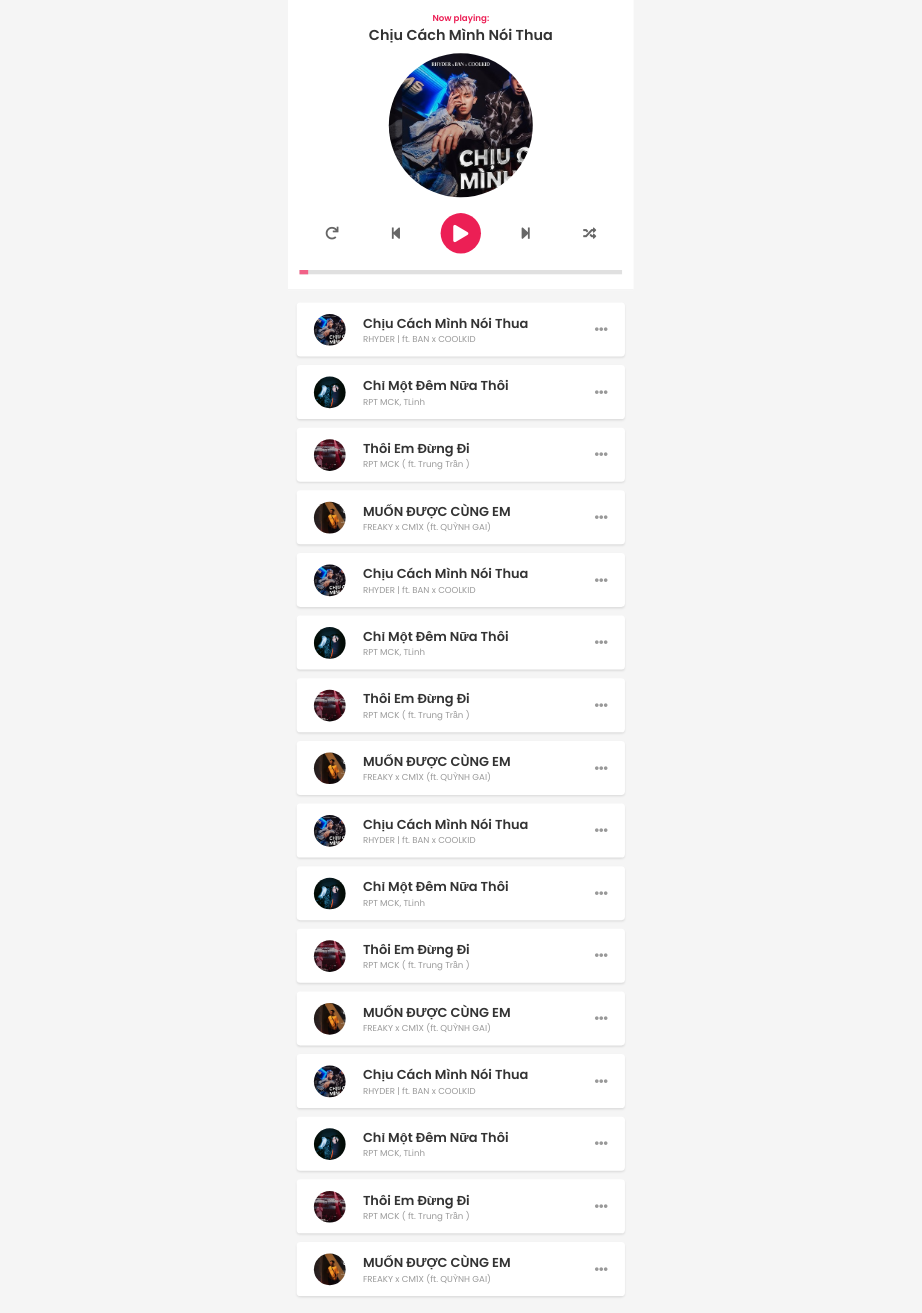
Repository: ChiNg22nd04/MusicPlayer
Page: index.html
The author's editor kept a copy of each file at every save. The page is drawn from the files as they stood at one save, then again after the next save.
The browser window is 1280 px wide. The pictures show the whole page, at 72% of full size.

Above is the page before, as saved 2023-12-31 13:58:07.

### index.html
<!DOCTYPE html>
<html lang="en">
<head>
    <meta charset="UTF-8">
    <meta name="viewport" content="width=device-width, initial-scale=1.0">
    <title>Music player</title>
    <link rel="stylesheet" href="https://cdnjs.cloudflare.com/ajax/libs/font-awesome/5.15.2/css/all.min.css" integrity="sha512-HK5fgLBL+xu6dm/Ii3z4xhlSUyZgTT9tuc/hSrtw6uzJOvgRr2a9jyxxT1ely+B+xFAmJKVSTbpM/CuL7qxO8w==" crossorigin="anonymous" />
    <link rel="preconnect" href="https://fonts.gstatic.com">
    <link href="https://fonts.googleapis.com/css2?family=Poppins:wght@300;400;600&display=swap" rel="stylesheet">
    <link rel="stylesheet" href="./assets/css/style.css">
</head>
<body>


<div class="player">
  <!-- Dashboard -->
  <div class="dashboard">
    <!-- Header -->
    <header>
      <h4>Now playing:</h4>
      <h2>String 57th & 9th</h2>
    </header>

    <!-- CD -->
    <div class="cd">
      <div class="cd-thumb"
        style="background-image: url(./assets/img/cmdnt.jpeg);">

      </div>
    </div>

    <!-- Control -->
    <div class="control">
      <div class="btn btn-repeat">
        <i class="fas fa-redo"></i>
      </div>
      <div class="btn btn-prev">
        <i class="fas fa-step-backward"></i>
      </div>
      <div class="btn btn-toggle-play">
        <i classa="fas fa-pause icon-pause"></i>
        <i class="fas fa-play icon-play"></i>
      </div>
      <div class="btn btn-next">
        <i class="fas fa-step-forward"></i>
      </div>
      <div class="btn btn-random">
        <i class="fas fa-random"></i>
      </div>
    </div>

    <input id="progress" class="progress" type="range" value="0" step="1" min="0" max="100">

    <audio id="audio" src=""></audio>
  </div>

  <!-- Playlist -->
  <div class="playlist">

  </div>
</div>
<script src="./main.js"></script>
<!-- Design from: https://static.collectui.com/shots/3671744/musicloud-revolutionary-app-for-music-streaming-large -->
</body>
</html>

### assets/css/style.css
:root {
    --primary-color: #ec1f55;
    --text-color: #333;
  }

  * {
    padding: 0;
    margin: 0;
    box-sizing: inherit;
  }

  body {
    background-color: #f5f5f5;
  }

  html {
    box-sizing: border-box;
    font-family: "Poppins", sans-serif;
  }

  .player {
    position: relative;
    max-width: 480px;
    margin: 0 auto;
  }

  .player .icon-pause {
    display: none;
  }

  .player.playing .icon-pause {
    display: inline-block;
  }

  .player.playing .icon-play {
    display: none;
  }

  .dashboard {
    padding: 16px 16px 14px;
    background-color: #fff;
    position: fixed;
    top: 0;
    width: 100%;
    max-width: 480px;
    border-bottom: 1px solid #ebebeb;
  }

  /* HEADER */
  header {
    text-align: center;
    margin-bottom: 10px;
  }

  header h4 {
    color: var(--primary-color);
    font-size: 12px;
  }

  header h2 {
    color: var(--text-color);
    font-size: 20px;
  }

  /* CD */
  .cd {
    display: flex;
    margin: auto;
    width: 200px;
  }

  .cd-thumb {
    width: 100%;
    padding-top: 100%;
    border-radius: 50%;
    background-color: #333;
    background-size: cover;
    margin: auto;
  }

  /* CONTROL */
  .control {
    display: flex;
    align-items: center;
    justify-content: space-around;
    padding: 18px 0 8px 0;
  }

  .control .btn {
    color: #666;
    padding: 18px;
    font-size: 18px;
  }

  .control .btn.active {
    color: var(--primary-color);
  }

  .control .btn-toggle-play {
    width: 56px;
    height: 56px;
    border-radius: 50%;
    font-size: 24px;
    color: #fff;
    display: flex;
    align-items: center;
    justify-content: center;
    background-color: var(--primary-color);
  }

  .progress {
    width: 100%;
    -webkit-appearance: none;
    height: 6px;
    background: #d3d3d3;
    outline: none;
    opacity: 0.7;
    -webkit-transition: 0.2s;
    transition: opacity 0.2s;
  }

  .progress::-webkit-slider-thumb {
    -webkit-appearance: none;
    appearance: none;
    width: 12px;
    height: 6px;
    background-color: var(--primary-color);
    cursor: pointer;
  }

  /* PLAYLIST */
  .playlist {
    margin-top: 408px;
    padding: 12px;
  }

  .song {
    display: flex;
    align-items: center;
    margin-bottom: 12px;
    background-color: #fff;
    padding: 8px 16px;
    border-radius: 5px;
    box-shadow: 0 2px 3px rgba(0, 0, 0, 0.1);
  }

  .song.active {
    background-color: var(--primary-color);
  }

  .song:active {
    opacity: 0.8;
  }

  .song.active .option,
  .song.active .author,
  .song.active .title {
    color: #fff;
  }

  .song .thumb {
    width: 44px;
    height: 44px;
    border-radius: 50%;
    background-size: cover;
    margin: 0 8px;
  }

  .song .body {
    flex: 1;
    padding: 0 16px;
  }

  .song .title {
    font-size: 18px;
    color: var(--text-color);
  }

  .song .author {
    font-size: 12px;
    color: #999;
  }

  .song .option {
    padding: 16px 8px;
    color: #999;
    font-size: 18px;
  }

### main.js
const $ = document.querySelector.bind(document);
const $$ = document.querySelectorAll.bind(document);

const player = $('.player');
const playlist = $('.playlist');
const click =  $$('.song');

//! List bài hát
const app = {
    currentIndex: 0,
    listSong: [
        {
            name: 'Chịu Cách Mình Nói Thua',
            singer: 'RHYDER | ft. BAN x COOLKID ',
            path: './assets/music/ChiuCachMinhNoiThua-RHYDERCoolkidBAN-12449134.mp3',
            img:'./assets/img/ccmnt.jpeg',
        },
        {
            name: 'Chỉ Một Đêm Nữa Thôi',
            singer: 'RPT MCK, TLinh',
            path: './assets/music/ChiMotDemNuaThoi-MCK-8804087.mp3',
            img: './assets/img/cmdnt.jpeg',
        },
        {
            name: 'Thôi Em Đừng Đi',
            singer: 'RPT MCK ( ft. Trung Trần )',
            path: './assets/music/ThoiEmDungDi-MCK-8804088.mp3',
            img: './assets/img/tedd.jpeg',
        },
        {
            name: 'MUỐN ĐƯỢC CÙNG EM',
            singer: 'FREAKY x CM1X (ft. QUỲNH GAI)',
            path: './assets/music/MuonDuocCungEm-Freaky-6792500.mp3',
            img: './assets/img/mdce.jpeg',
        },
        {
            name: 'Chịu Cách Mình Nói Thua',
            singer: 'RHYDER | ft. BAN x COOLKID ',
            path: './assets/music/ChiuCachMinhNoiThua-RHYDERCoolkidBAN-12449134.mp3',
            img:'./assets/img/ccmnt.jpeg',
        },
        {
            name: 'Chỉ Một Đêm Nữa Thôi',
            singer: 'RPT MCK, TLinh',
            path: './assets/music/ChiMotDemNuaThoi-MCK-8804087.mp3',
            img: './assets/img/cmdnt.jpeg',
        },
        {
            name: 'Thôi Em Đừng Đi',
            singer: 'RPT MCK ( ft. Trung Trần )',
            path: './assets/music/ThoiEmDungDi-MCK-8804088.mp3',
            img: './assets/img/tedd.jpeg',
        },
        {
            name: 'MUỐN ĐƯỢC CÙNG EM',
            singer: 'FREAKY x CM1X (ft. QUỲNH GAI)',
            path: './assets/music/MuonDuocCungEm-Freaky-6792500.mp3',
            img: './assets/img/mdce.jpeg',
        },
        {
            name: 'Chịu Cách Mình Nói Thua',
            singer: 'RHYDER | ft. BAN x COOLKID ',
            path: './assets/music/ChiuCachMinhNoiThua-RHYDERCoolkidBAN-12449134.mp3',
            img:'./assets/img/ccmnt.jpeg',
        },
        {
            name: 'Chỉ Một Đêm Nữa Thôi',
            singer: 'RPT MCK, TLinh',
            path: './assets/music/ChiMotDemNuaThoi-MCK-8804087.mp3',
            img: './assets/img/cmdnt.jpeg',
        },
        {
            name: 'Thôi Em Đừng Đi',
            singer: 'RPT MCK ( ft. Trung Trần )',
            path: './assets/music/ThoiEmDungDi-MCK-8804088.mp3',
            img: './assets/img/tedd.jpeg',
        },
        {
            name: 'MUỐN ĐƯỢC CÙNG EM',
            singer: 'FREAKY x CM1X (ft. QUỲNH GAI)',
            path: './assets/music/MuonDuocCungEm-Freaky-6792500.mp3',
            img: './assets/img/mdce.jpeg',
        },
        {
            name: 'Chịu Cách Mình Nói Thua',
            singer: 'RHYDER | ft. BAN x COOLKID ',
            path: './assets/music/ChiuCachMinhNoiThua-RHYDERCoolkidBAN-12449134.mp3',
            img:'./assets/img/ccmnt.jpeg',
        },
        {
            name: 'Chỉ Một Đêm Nữa Thôi',
            singer: 'RPT MCK, TLinh',
            path: './assets/music/ChiMotDemNuaThoi-MCK-8804087.mp3',
            img: './assets/img/cmdnt.jpeg',
        },
        {
            name: 'Thôi Em Đừng Đi',
            singer: 'RPT MCK ( ft. Trung Trần )',
            path: './assets/music/ThoiEmDungDi-MCK-8804088.mp3',
            img: './assets/img/tedd.jpeg',
        },
        {
            name: 'MUỐN ĐƯỢC CÙNG EM',
            singer: 'FREAKY x CM1X (ft. QUỲNH GAI)',
            path: './assets/music/MuonDuocCungEm-Freaky-6792500.mp3',
            img: './assets/img/mdce.jpeg',
        },

    ],

    //hàm để render ra view
    render: function() {
        const htmls = this.listSong.map((song) => {
            return `
            <div class="song">
                <div class="thumb"
                    style="background-image: url('${song.img}');">
                </div>
                <div class="body">
                    <h3 class="title">${song.name}</h3>
                    <p class="author">${song.singer}</p>
                </div>
                <div class="option">
                    <i class="fas fa-ellipsis-h"></i>
                </div>
            </div>
       `

        })
        $('.playlist').innerHTML = htmls.join('\n');
    },
    //handleEven
    handleEnvens: function() {
        const cdWidth =  $('.cd').offsetWidth
        // this.listSong.map((song) => {
        //     $('.cd-thumb').innerHTML = `<img class="thumb"
        //     style="background-image: url('${song.img}');">`
        // })
        document.onscroll = function() {
            // const scroll = window.scrollY
            const scroll = document.documentElement.scrollTop || window.scrollY
            const cdNew = cdWidth - scroll
            // nếu cdNew > 0 thì
            $('.cd').style.width = cdNew  > 0 ? cdNew + 'px' : 0;
            $('.cd').style.opacity = cdNew / cdWidth;
        }
        //lắng nghe sự kiện onclick song

        for(let i = 0; i < click.length; i++) {
            click[i].onclick = function(e) {

            }
        }
    },
    getCurrentSong: function() {
        return this.listSong[this.currentIndex].name;
    },
    loadCurrentSong: function() {
        const audio = $('#audio');
        const heading = $('header h2');
        const cdThumb = $('.cd-thumb');

        heading.textContent = this.listSong[this.currentIndex].name;
        cdThumb.style.backgroundImage = `url(${this.listSong[this.currentIndex].img})`;
        audio.src = `url((${this.listSong[this.currentIndex].path}))`
    },

    //pthức start() để bắt đầu
    start: function() {
        //lắng nghe và xử lý các sự kiện
        this.handleEnvens()
        //render playlist
        this.render()
        this.getCurrentSong()
        this.loadCurrentSong()
    }
}

app.start();

After the next save:
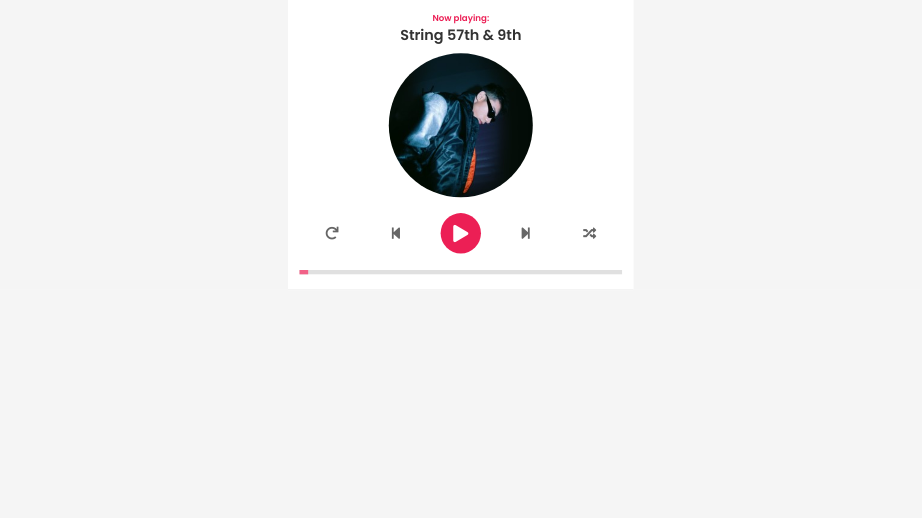
Console error: SyntaxError: Unexpected token '{'
Saved 40 s later.
--- a/main.js
+++ b/main.js
@@ -162,7 +162,7 @@
 
         heading.textContent = this.listSong[this.currentIndex].name;
         cdThumb.style.backgroundImage = `url(${this.listSong[this.currentIndex].img})`;
-        audio.src = `url((${this.listSong[this.currentIndex].path}))`
+        audio.src = (${this.listSong[this.currentIndex].img})
     },
 
     //pthức start() để bắt đầu

After the 2 saves that followed:
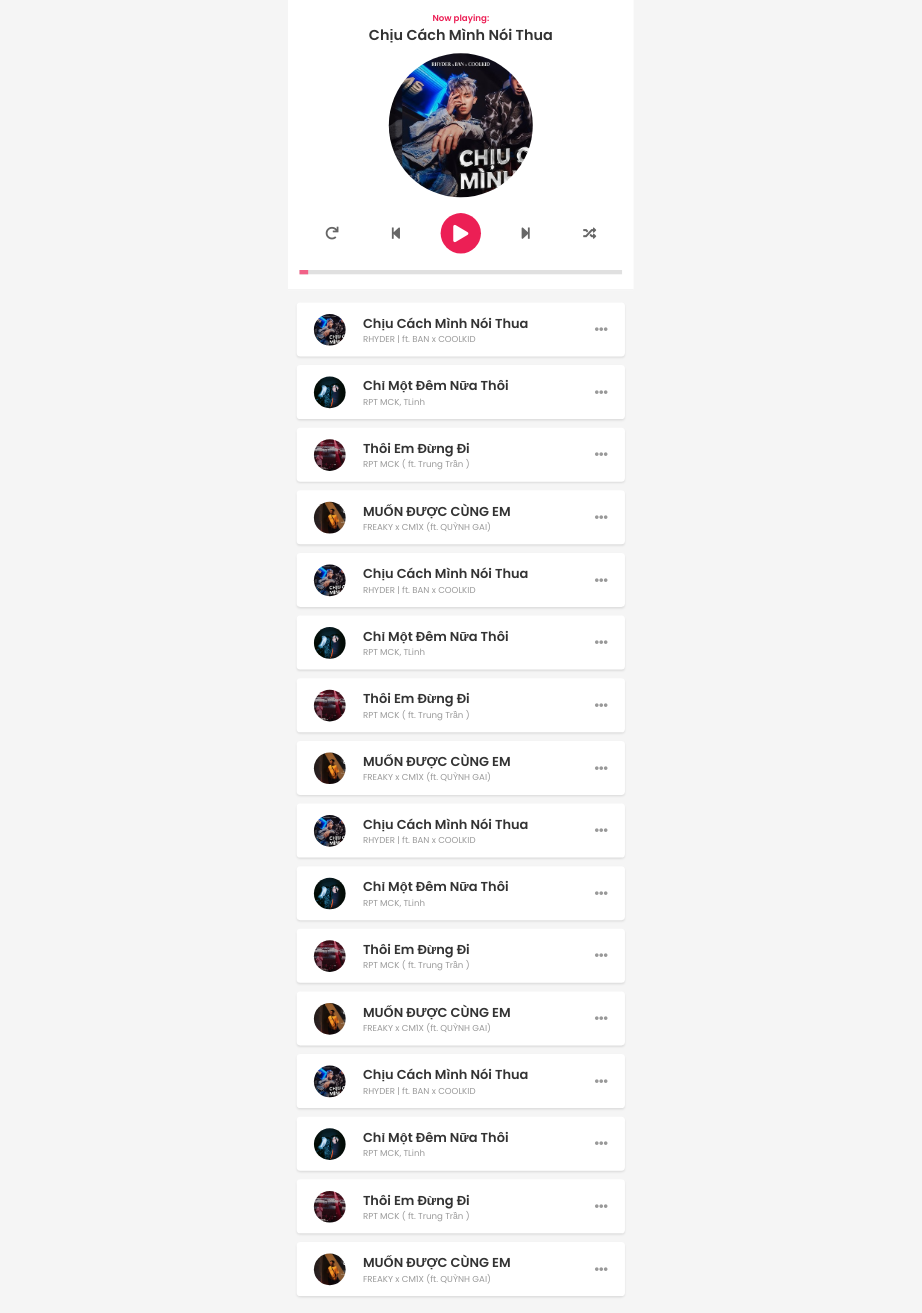
The error is gone.
The 2 saves are shown as one change because 1 left the picture as it was.
The last was saved 11 s later.
--- a/main.js
+++ b/main.js
@@ -162,7 +162,7 @@
 
         heading.textContent = this.listSong[this.currentIndex].name;
         cdThumb.style.backgroundImage = `url(${this.listSong[this.currentIndex].img})`;
-        audio.src = (${this.listSong[this.currentIndex].img})
+        audio.src = this.listSong[this.currentIndex].path;
     },
 
     //pthức start() để bắt đầu
